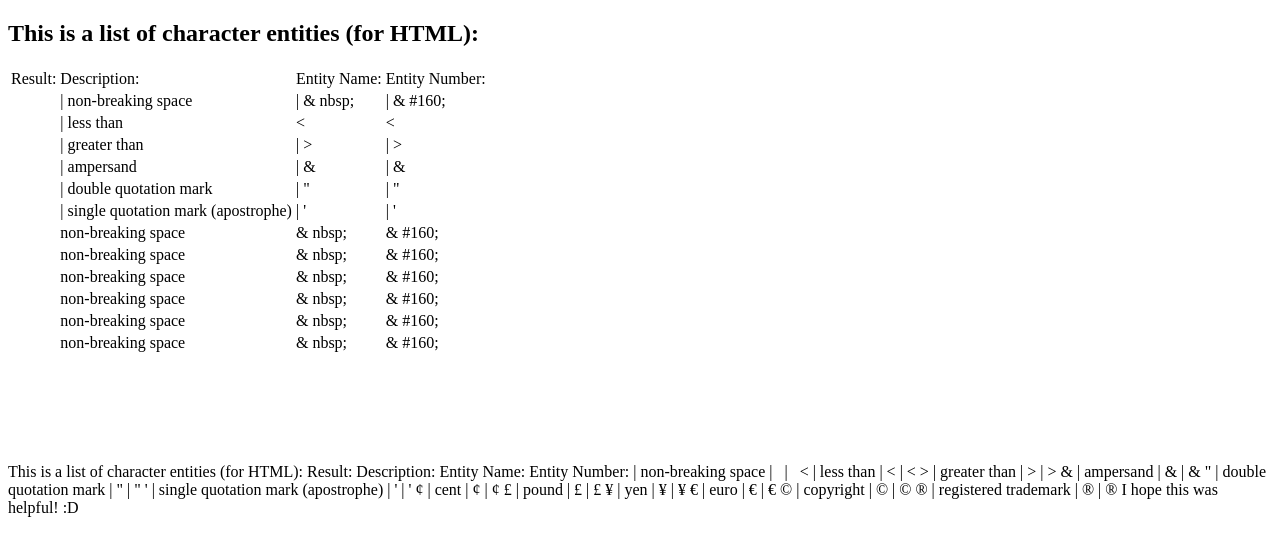
Repository: linas-dev/HTML-CSS-Projects
Page: Basic_HTML_and_CSS/Basic_HTML_5.html
The author's editor kept a copy of each file at every save. The page is drawn from the files as they stood at one save, then again after the next save.
The browser window is 1280 px wide. The pictures show the whole page.

Above is the page before, as saved 2021-05-30 11:04:48.

### Basic_HTML_and_CSS/Basic_HTML_5.html
<!DOCTYPE html>
<html lang="en">
<head>
    <meta charset="UTF-8">
    <meta http-equiv="X-UA-Compatible" content="IE=edge">
    <meta name="viewport" content="width=device-width, initial-scale=1.0">
    <link rel="stylesheet" href="Basic_CSS_2.css">
    <title>Document</title>
</head>
<body>

    <h2>This is a list of character entities (for HTML):</h2>

    <table>
        <thead>
            <td>Result:</td>
            <td>Description: </td>
            <td>Entity Name:</td>
            <td>Entity Number:</td>
        </thead>
        <tbody>
            <tr>
                <td></td>
                <td>| non-breaking space</td>
                <td>| & nbsp;</td>
                <td>| & #160;</td>
            </tr>
            <tr>
                <td></td>
                <td>| less than</td>
                <td>&lt;</td>
                <td>&#60;</td>
            </tr>
            <tr>
                <td></td>
                <td>| greater than</td>
                <td>| &gt;</td>
                <td>| &#62;</td>
            </tr>
            <tr>
                <td></td>
                <td>| ampersand</td>
                <td>| &amp;</td>
                <td>| &#38;</td>
            </tr>
            <tr>
                <td></td>
                <td>| double quotation mark</td>
                <td>| &quot;</td>
                <td>| &#34;</td>
            </tr>
            <tr>
                <td></td>
                <td>| single quotation mark (apostrophe)</td>
                <td>| &apos;</td>
                <td>| &#39;</td>
            </tr>
            <tr>
                <td></td>
                <td>non-breaking space</td>
                <td>& nbsp;</td>
                <td>& #160;</td>
            </tr>
            <tr>
                <td></td>
                <td>non-breaking space</td>
                <td>& nbsp;</td>
                <td>& #160;</td>
            </tr>
            <tr>
                <td></td>
                <td>non-breaking space</td>
                <td>& nbsp;</td>
                <td>& #160;</td>
            </tr>
            <tr>
                <td></td>
                <td>non-breaking space</td>
                <td>& nbsp;</td>
                <td>& #160;</td>
            </tr>
            <tr>
                <td></td>
                <td>non-breaking space</td>
                <td>& nbsp;</td>
                <td>& #160;</td>
            </tr>
            <tr>
                <td></td>
                <td>non-breaking space</td>
                <td>& nbsp;</td>
                <td>& #160;</td>
            </tr>
        </tbody>
    </table>




<br>

<br>
<br>
<br>
<br>
<br>

    This is a list of character entities (for HTML):

Result:    Description:                         Entity Name:    Entity Number:
         | non-breaking space                 | &nbsp;        | &#160;
  <      | less than                          | &lt;          | &#60;
  >      | greater than                       | &gt;          | &#62;
  &      | ampersand                          | &amp;         | &#38;
  "      | double quotation mark              | &quot;        | &#34;
  '      | single quotation mark (apostrophe) | &apos;        | &#39;
  ¢      | cent                               | &cent;        | &#162;
  £      | pound                              | &pound;       | &#163;
  ¥      | yen                                | &yen;         | &#165;
  €      | euro                               | &euro;        | &#8364;
  ©      | copyright                          | &copy;        | &#169;
  ®      | registered trademark               | &reg;         | &#174;

I hope this was helpful! :D
</body>
</html>

### Basic_HTML_and_CSS/Basic_CSS_2.css
p {
    color: #2E5757;
    background: #F0DFEE;
    font-weight: bolder;
    text-align: right;
}

.table {
    border-collapse: collapse;
    margin: 25px 0;
    font-size: 0.9em;
    min-width: 400px;
}

.table thead tr {
    background-color: #009879;
    color: #fff;
    text-align: left;
    font-weight: bold;
}

.table th, .table td {
    padding: 7px 5px;
}

.table tbody tr {
    border-bottom: 1px solid #dddddd;
}

.hoveref:hover {
    background-color: #4F0444;
    color: white;
}

After the next save:
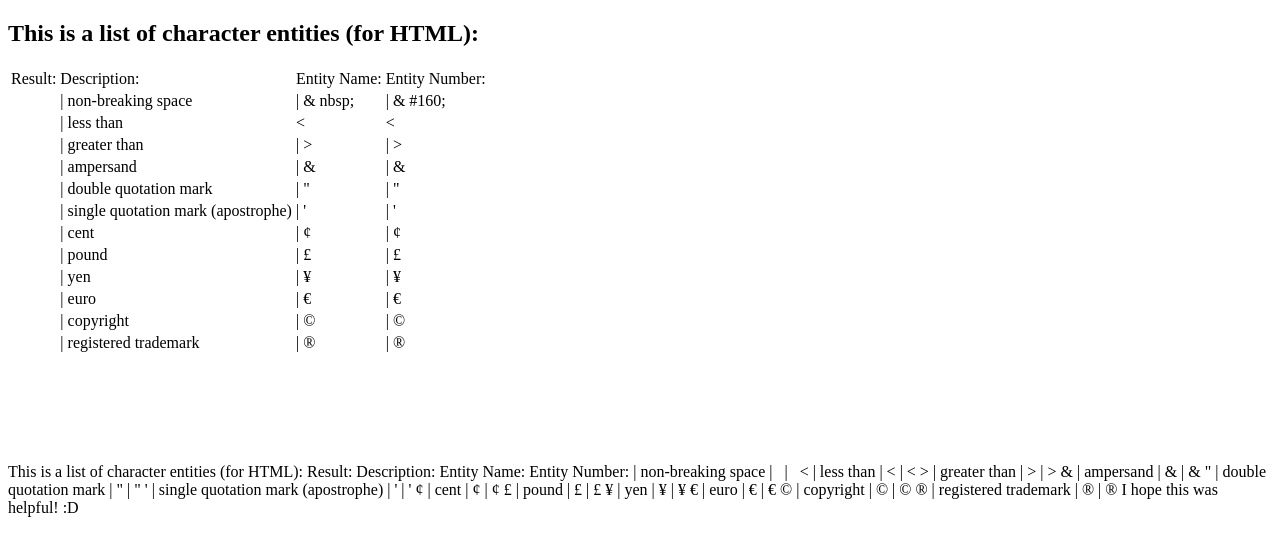
Saved 2 min 51 s later.
--- a/Basic_HTML_and_CSS/Basic_HTML_5.html
+++ b/Basic_HTML_and_CSS/Basic_HTML_5.html
@@ -57,39 +57,39 @@
             </tr>
             <tr>
                 <td></td>
-                <td>non-breaking space</td>
-                <td>& nbsp;</td>
-                <td>& #160;</td>
+                <td>| cent</td>
+                <td>| &cent;</td>
+                <td>| &#162;</td>
             </tr>
             <tr>
                 <td></td>
-                <td>non-breaking space</td>
-                <td>& nbsp;</td>
-                <td>& #160;</td>
+                <td>| pound</td>
+                <td>| &pound;</td>
+                <td>| &#163;</td>
             </tr>
             <tr>
                 <td></td>
-                <td>non-breaking space</td>
-                <td>& nbsp;</td>
-                <td>& #160;</td>
+                <td>| yen</td>
+                <td>| &yen;</td>
+                <td>| &#165;</td>
             </tr>
             <tr>
                 <td></td>
-                <td>non-breaking space</td>
-                <td>& nbsp;</td>
-                <td>& #160;</td>
+                <td>| euro</td>
+                <td>| &euro;</td>
+                <td>| &#8364;</td>
             </tr>
             <tr>
                 <td></td>
-                <td>non-breaking space</td>
-                <td>& nbsp;</td>
-                <td>& #160;</td>
+                <td>| copyright</td>
+                <td>| &copy;</td>
+                <td>| &#169;</td>
             </tr>
             <tr>
                 <td></td>
-                <td>non-breaking space</td>
-                <td>& nbsp;</td>
-                <td>& #160;</td>
+                <td>| registered trademark</td>
+                <td>| &reg;</td>
+                <td>| &#174;</td>
             </tr>
         </tbody>
     </table>
